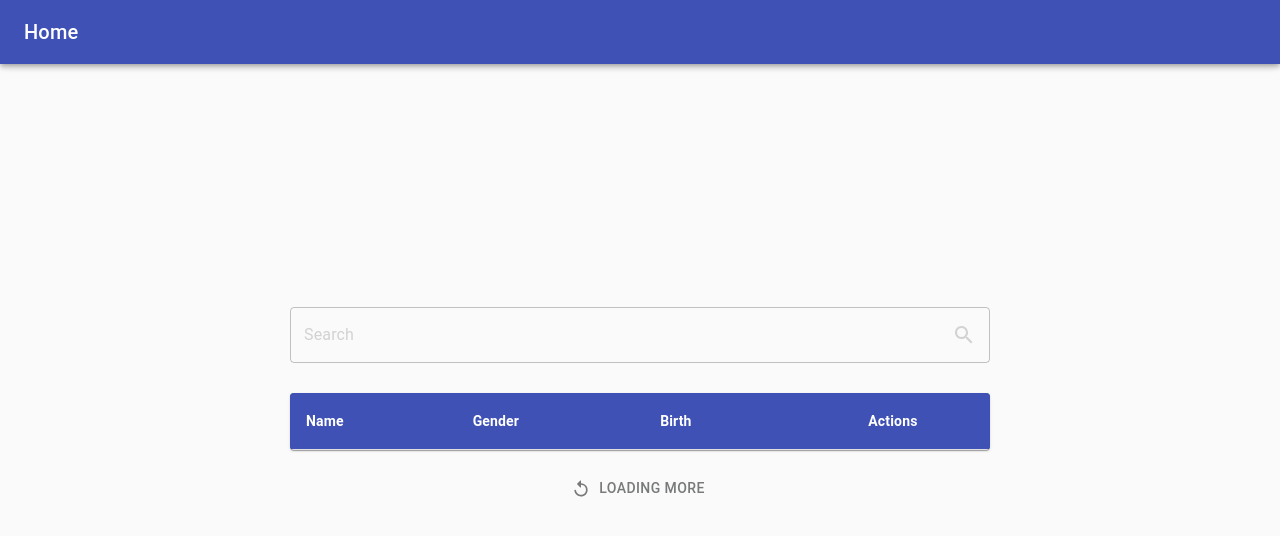
Repository: GabrielBrandaoProjetos/patient-manager
Page: /
The author's editor kept a copy of each file at every save. The page is drawn from the files as they stood at one save, then again after the next save.
The browser window is 1280 px wide. The pictures show the whole page.
The page's requests for data from a server got no answer. The project was rebuilt for these pictures with package versions that can differ from the ones it lists, and the page was loaded fresh each time. No one was signed in, and anything a server would have sent is missing. Also part of the build but not shown: src/components/Modal/PatientModal.style.ts, src/components/Modal/PatientModal.tsx.

Above is the page before, as saved 2021-09-16 23:08:11.

After the next save:
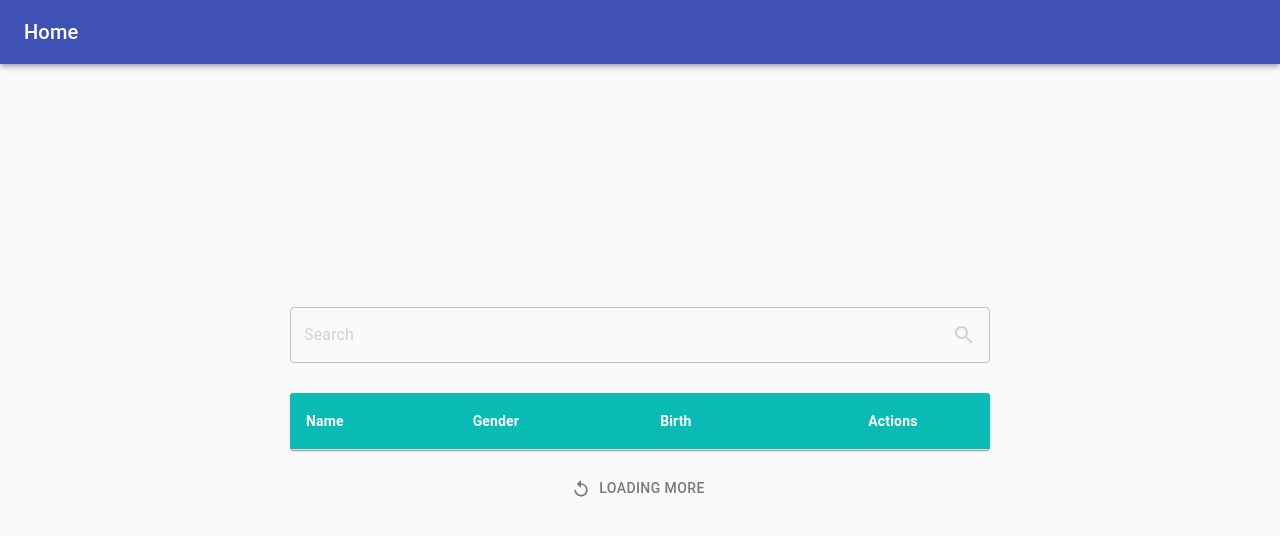
Saved 4 min 2 s later.
--- a/src/pages/Home/Home.style.ts
+++ b/src/pages/Home/Home.style.ts
@@ -39,7 +39,7 @@ createStyles({
   },
   row: {
     color: "white",
-    background: "#3f51b5",
+    background: "#0abab5",
   },
   rowBody: {
     '&:nth-of-type(odd)': {
